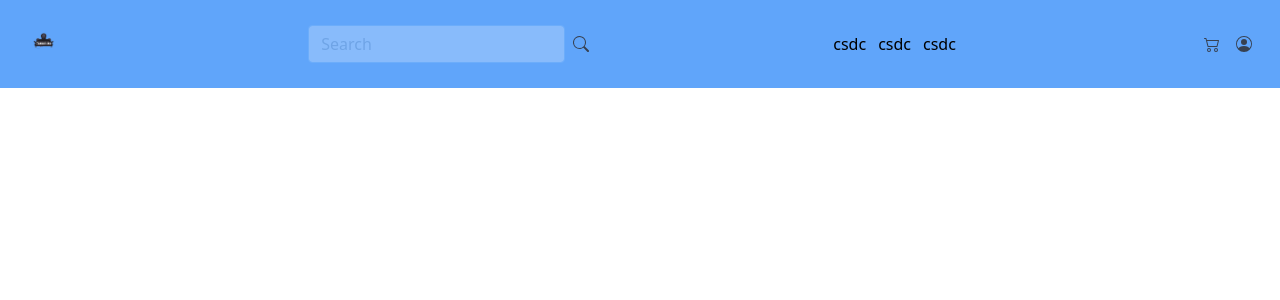
Repository: DevLaukey/Jitu-final
Page: / (app in frontend/)
An editor plug-in stored every save of this project. The page is shown before and after the next save, followed by the edit.
The browser window is 1280 px wide. The pictures show the whole page.
The project was rebuilt for these pictures with package versions that can differ from the ones it lists, and the page was loaded fresh each time.

Above is the page before, as saved 2022-07-13 13:55:16.

### frontend/src/index.js
import React from 'react';
import ReactDOM from 'react-dom/client';
import './index.css';
import App from './App';
import {store } from './redux/store';
import {Provider} from 'react-redux';
const root = ReactDOM.createRoot(document.getElementById('root'));
root.render(
  <Provider store={store}>
    <App />
  </Provider>
);

### frontend/src/App.js
import Navbar from "./components/Navbar";

function App() {
  return (
    <div className="">
    <Navbar />
    </div>
  );
}

export default App;

### frontend/src/components/Navbar.js
import React from "react";
import logo from "./logo.jpg";
import { BsCart2, BsPersonCircle, BsSearch } from "react-icons/bs";
function Navbar() {
  return (
    <header className="flex space-x-4 items-center justify-between align-middle  p-4 bg-blue-400">
      <div className="text-center ">
        <img className="object-contain h-14" src={logo} alt="" />
      </div>
      <div class="flex items-center justify-center">
        <div class="input-group flex  items-stretch w-full  rounded">
          <input
            type="search"
            class="form-control  flex-auto min-w-0 block w-full px-3 py-1.5 text-base font-normal   bg-clip-padding border border-solid border-blue-300 rounded transition ease-in-out m-0 focus:text-gray-900 focus:bg-white focus:border-blue-600 focus:outline-none opacity-25"
            placeholder="Search"
            aria-label="Search"
            aria-describedby="button-addon2"
          />
          <span
            class="input-group-text flex items-center px-2 py-1.5 text-base font-normal text-gray-700 text-center whitespace-nowrap rounded"
            id="basic-addon2"
          >
            <BsSearch />
          </span>
        </div>
      </div>
      <div>
        <ul className="hidden py-1.5 md:flex space-x-3 text-center">
          <li>csdc</li>
          <li>csdc</li>
          <li>csdc</li>
        </ul>
      </div>
      <div class="space-x-4 text-gray-700 flex  px-3 py-2.5  text-center whitespace-nowrap rounded">
        <BsCart2 />
        <BsPersonCircle />
      </div>
    </header>
  );
}

export default Navbar;

Loaded but not shown: frontend/public/index.html (common file); frontend/src/index.css (common file); frontend/src/redux/store.js (common file); frontend/tailwind.config.js (common file)

After the next save:
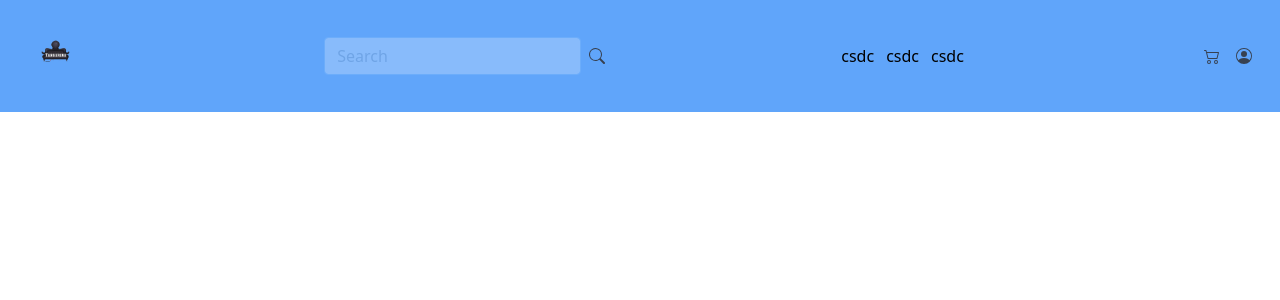
Saved 7 s later.
--- a/frontend/src/components/Navbar.js
+++ b/frontend/src/components/Navbar.js
@@ -5,7 +5,7 @@ function Navbar() {
   return (
     <header className="flex space-x-4 items-center justify-between align-middle  p-4 bg-blue-400">
       <div className="text-center ">
-        <img className="object-contain h-14" src={logo} alt="" />
+        <img className="object-contain h-20" src={logo} alt="" />
       </div>
       <div class="flex items-center justify-center">
         <div class="input-group flex  items-stretch w-full  rounded">
